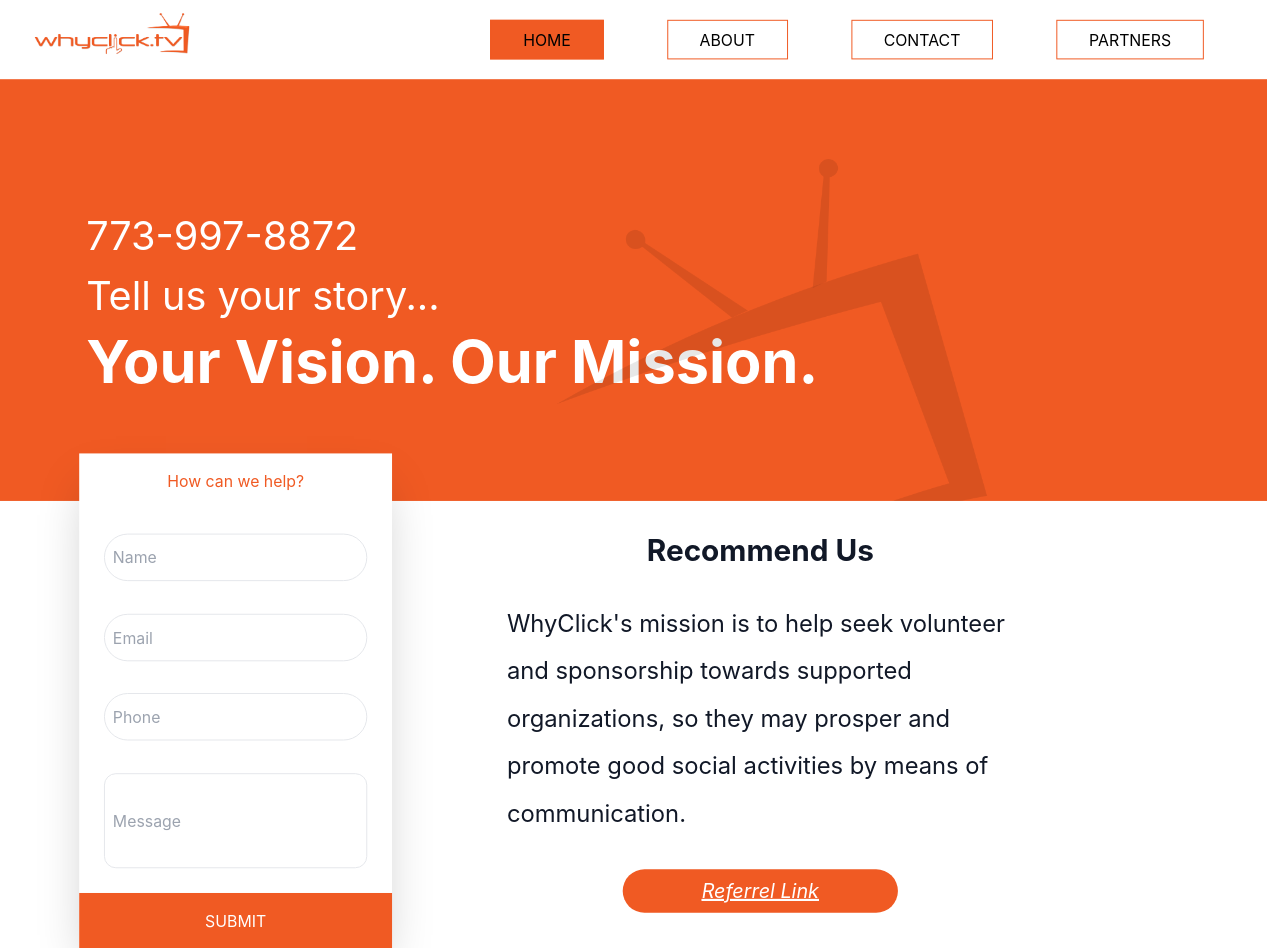
Repository: legenddev1202/whyclicktv
Page: /
These files come from the project's save history. The page is drawn as it stood at one moment and after the next save; the edit follows.
The browser window is 1280 px wide. The pictures show the whole page, at 99% of full size.
The project was rebuilt for these pictures with package versions that can differ from the ones it lists, and the page was loaded fresh each time. Also part of the build but not shown: src/App.css, src/pages/about.js, src/pages/contact.js, src/pages/partners.js, src/pages/referral.js.

Above is the page before, as saved 2022-03-31 13:03:56.

After the next save:
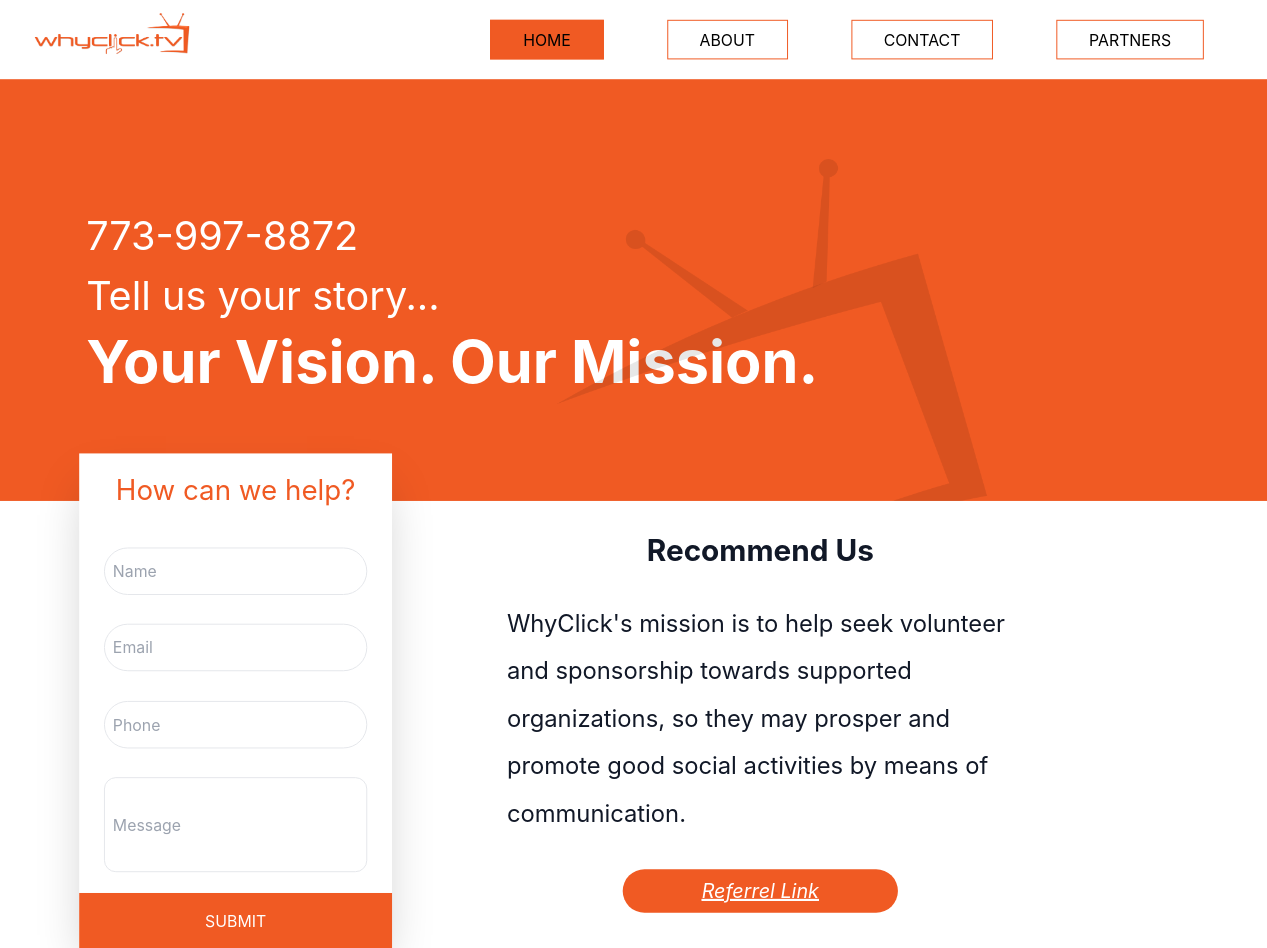
Saved 33 s later.
--- a/src/pages/home.js
+++ b/src/pages/home.js
@@ -83,7 +83,7 @@
           className="bg-white shadow-2xl absolute left-20 -top-12 flex flex-col justify-between items-center"
           style={{ width: "316px", height: "500px" }}
         >
-          <div className="pt-4" style={{ color: "#F05A23" }}>
+          <div className="pt-4" style={{ color: "#F05A23", fontSize: 28 }}>
             How can we help?
           </div>
           <div className="pt-4">
